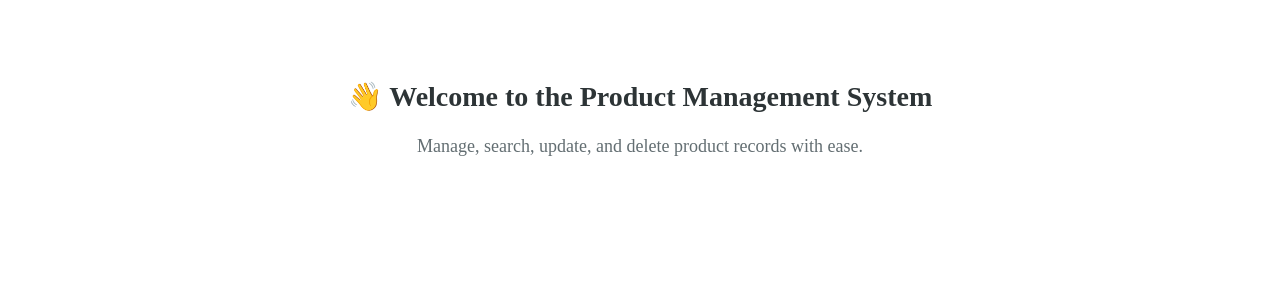
Repository: imranJavaDeveloper/product-management-System
Page: http://localhost/home
An editor plug-in stored every save of this project. The page is shown before and after the next save, followed by the edit.
The browser window is 1280 px wide. The pictures show the whole page.
The page is this project's Thymeleaf template; nobody is signed in. The template is opened directly, without the code that normally fills it, so the values that code supplies are empty.

Above is the page before, as saved 2025-09-01 07:39:59.
Console error: ReferenceError: makeActive is not defined

After the next save:
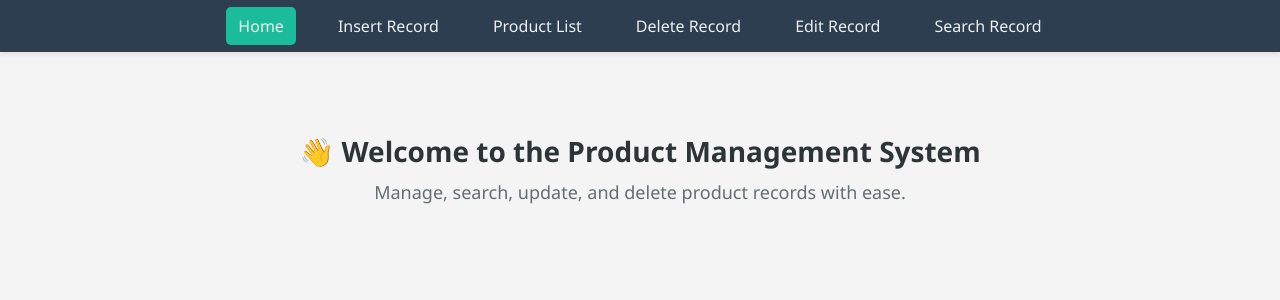
The error is gone.
Saved 43 s later.
--- a/webapp/product-management-datajpa/src/main/resources/templates/home.html
+++ b/webapp/product-management-datajpa/src/main/resources/templates/home.html
@@ -1,5 +1,6 @@
 <!DOCTYPE html>
-<html lang="en">
+<html xmlns:th="http://www.thymeleaf.org">
+<divv th:insert="menu"></divv>
 <head>
   <meta charset="UTF-8">
   <title>Product Management System | Home</title>
